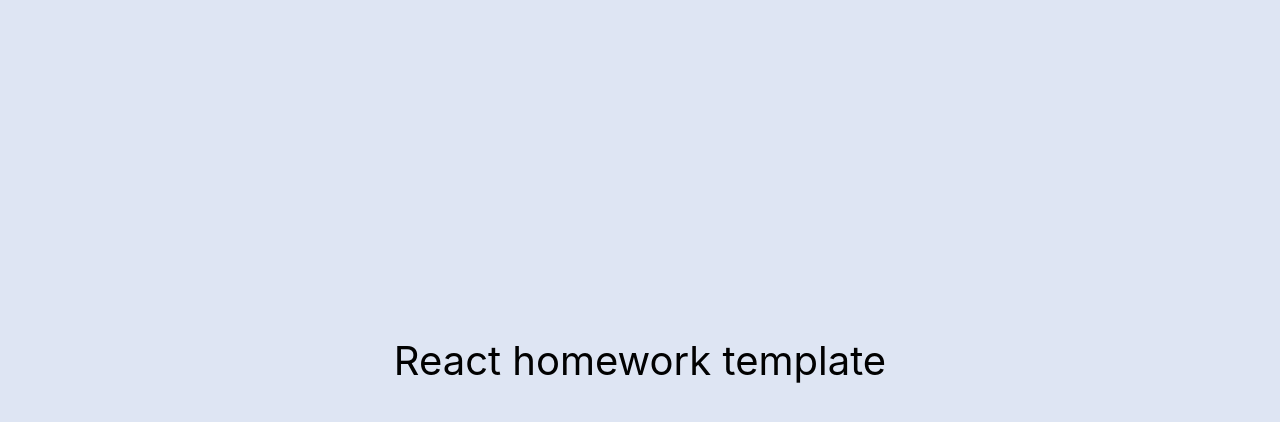
Repository: MagdalenaTyminska/goit-react-hw-01-components
Page: /
An editor plug-in stored every save of this project. The page is shown before and after the next save, followed by the edit.
The browser window is 1280 px wide. The pictures show the whole page.
The project was rebuilt for these pictures with package versions that can differ from the ones it lists, and the page was loaded fresh each time.

Above is the page before, as saved 2023-01-28 17:14:29.

### src/components/App.jsx
import user from './1.SocialMediaProfile/user.json';
import { Profile } from './1.SocialMediaProfile/Profile';

export const App = () => {
  return (
    <div
      style={{
        height: '100vh',
        display: 'flex',
        justifyContent: 'center',
        alignItems: 'center',
        fontSize: 40,
        color: '#010101',
      }}
    >
      React homework template
    </div>
  );
};

### src/index.css
@import-normalize; /* bring in normalize.css styles */

*,
*::before,
*::after {
  box-sizing: border-box;
  margin: 0;
  padding: 0;
  text-decoration: none;
  list-style: none;
}

body {
  font-family: -apple-system, BlinkMacSystemFont, 'Segoe UI', 'Roboto', 'Oxygen',
    'Ubuntu', 'Cantarell', 'Fira Sans', 'Droid Sans', 'Helvetica Neue',
    sans-serif;
  -webkit-font-smoothing: antialiased;
  -moz-osx-font-smoothing: grayscale;
  margin-left: auto;
  margin-right: auto;
  width: 100%;
}

code {
  font-family: source-code-pro, Menlo, Monaco, Consolas, 'Courier New',
    monospace;
}

### src/components/1.SocialMediaProfile/Profile.js
import css from './Profile.module.css';
import PropTypes from 'prop-types';

// Profile.propTypes = {
//   username: PropTypes.string.isRequired,
//   tag: PropTypes.string.isRequired,
//   location: PropTypes.string.isRequired,
//   avatar: PropTypes.string.isRequired,
//   stats: PropTypes.object.isRequired,
// };

### src/components/1.SocialMediaProfile/Profile.module.css
@import-normalize;

body {
  background-color: rgb(222, 229, 243);
  display: flex;
  justify-content: center;
  align-items: center;
}

Loaded but not shown: public/index.html (common file); src/index.js (common file); src/components/1.SocialMediaProfile/user.json (common file)

After the next save:
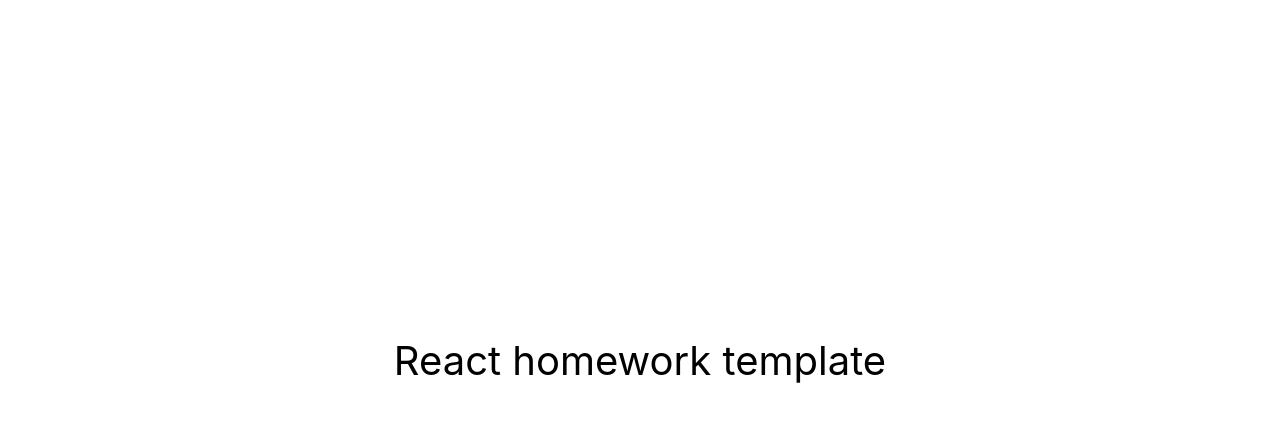
Saved 7 min 51 s later.
--- a/src/components/1.SocialMediaProfile/Profile.module.css
+++ b/src/components/1.SocialMediaProfile/Profile.module.css
@@ -1,7 +1,7 @@
 @import-normalize;
 
 body {
-  background-color: rgb(222, 229, 243);
+  background-color: FFECFF(222, 229, 243);
   display: flex;
   justify-content: center;
   align-items: center;
